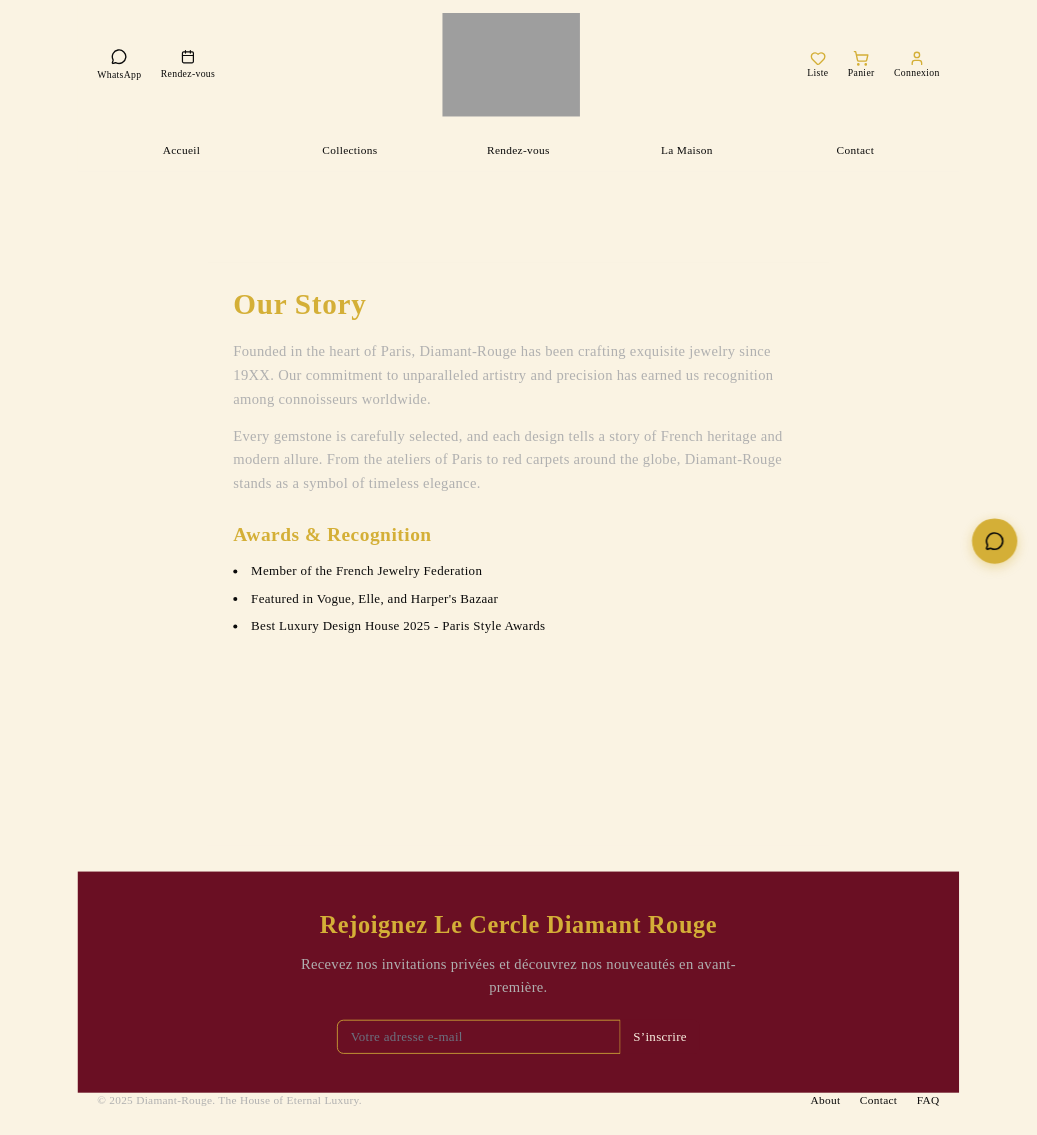
Repository: G-omar-H/diamant-rouge
Page: /about (app in diamant-rouge/)
An editor plug-in stored every save of this project. The page is shown before and after the next save, followed by the edit.
The browser window is 1280 px wide. The pictures show the whole page, at 81% of full size.
Pictures or frames that could not be fetched are drawn as grey boxes. The page's requests for data from a server got no answer. The project was rebuilt for these pictures with package versions that can differ from the ones it lists, and the page was loaded fresh each time. The framework's server and built-in components were replaced by stand-ins that run in the browser. No one was signed in, and anything a server would have sent is missing. Also part of the build but not shown: diamant-rouge/next.config.js.

Above is the page before, as saved 2025-03-05 03:57:46.

After the next save:
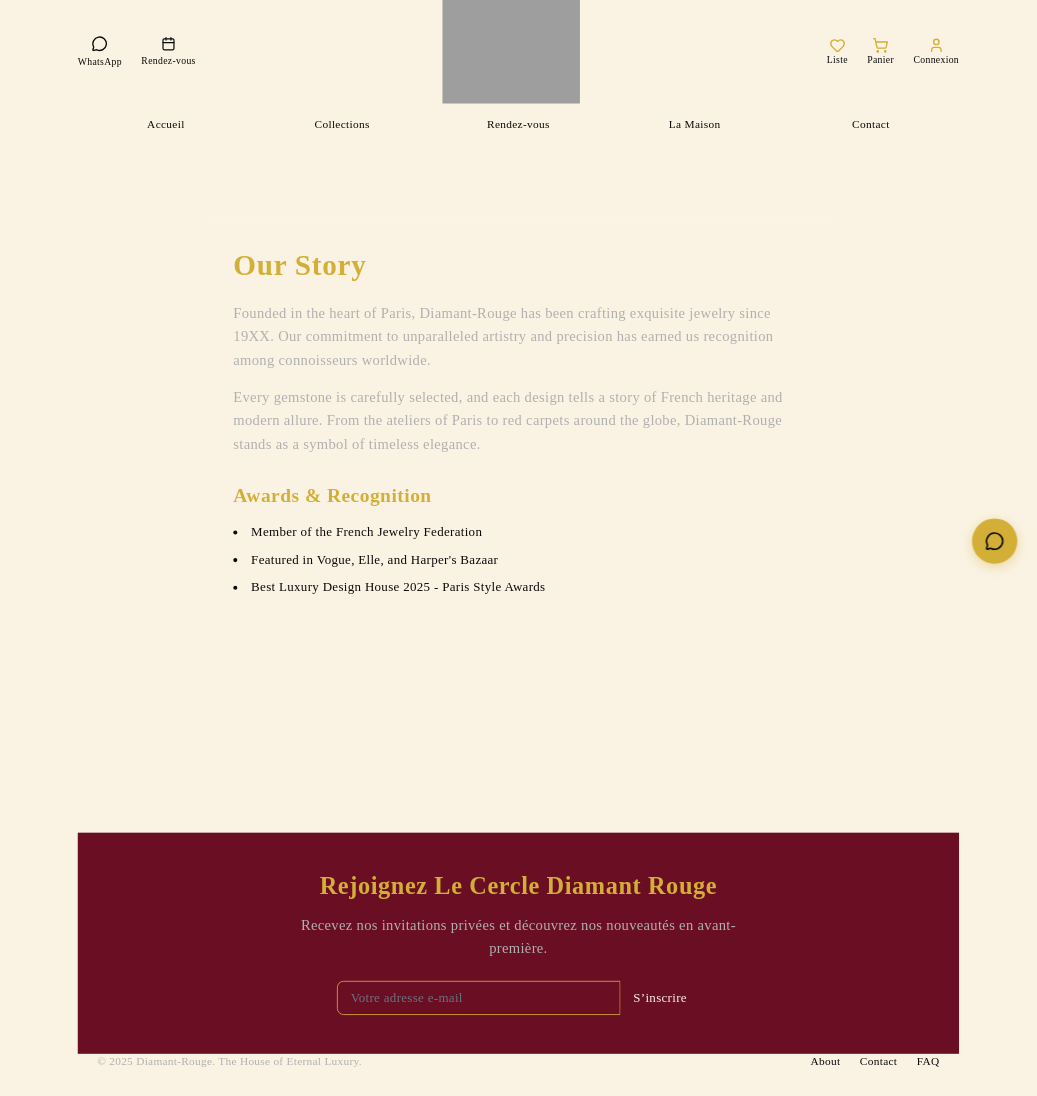
Saved 60 s later.
--- a/diamant-rouge/components/Header.tsx
+++ b/diamant-rouge/components/Header.tsx
@@ -28,7 +28,7 @@
 
   return (
     <header className="w-full bg-brandIvory">
-      <div className="max-w-screen-xl mx-auto px-6 py-4 flex flex-col gap-4">
+      <div className="max-w-screen-xl mx-auto px-0 py-0 flex flex-col gap-0">
         {/* Top Row: Contact & User Actions */}
         <div className="flex justify-between items-center">
           {/* Left: Contact Links */}
